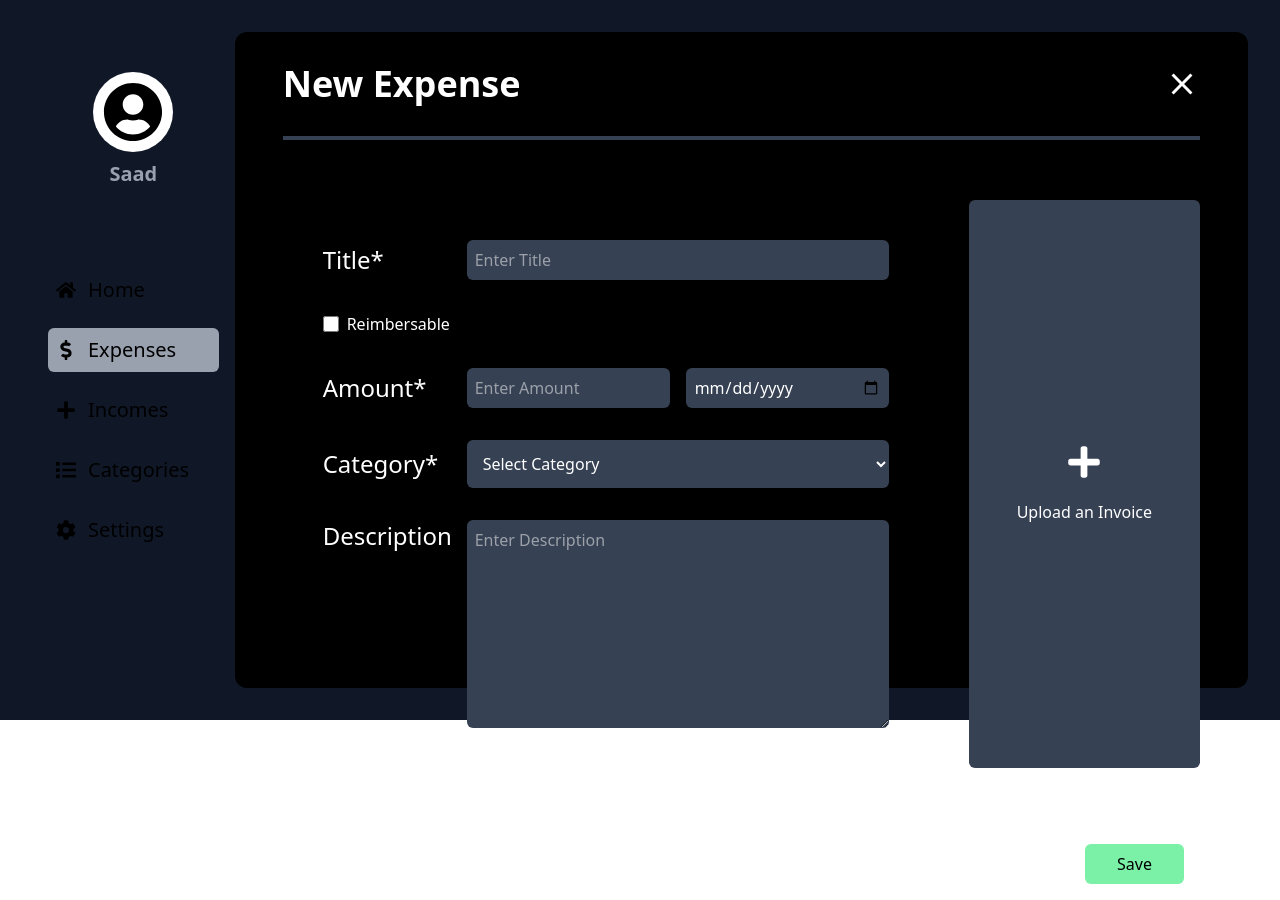
Repository: saad-naveed-brainx/Expense
Page: /expenses
The author's editor kept a copy of each file at every save. The page is drawn from the files as they stood at one save, then again after the next save.
The browser window is 1280 px wide. The pictures show the whole page.
The project was rebuilt for these pictures with package versions that can differ from the ones it lists, and the page was loaded fresh each time. Also part of the build but not shown: vite.config.js, src/components/LandingPage.jsx, src/components/NotUsed.jsx.

Above is the page before, as saved 2025-09-04 17:44:35.

After the next save:
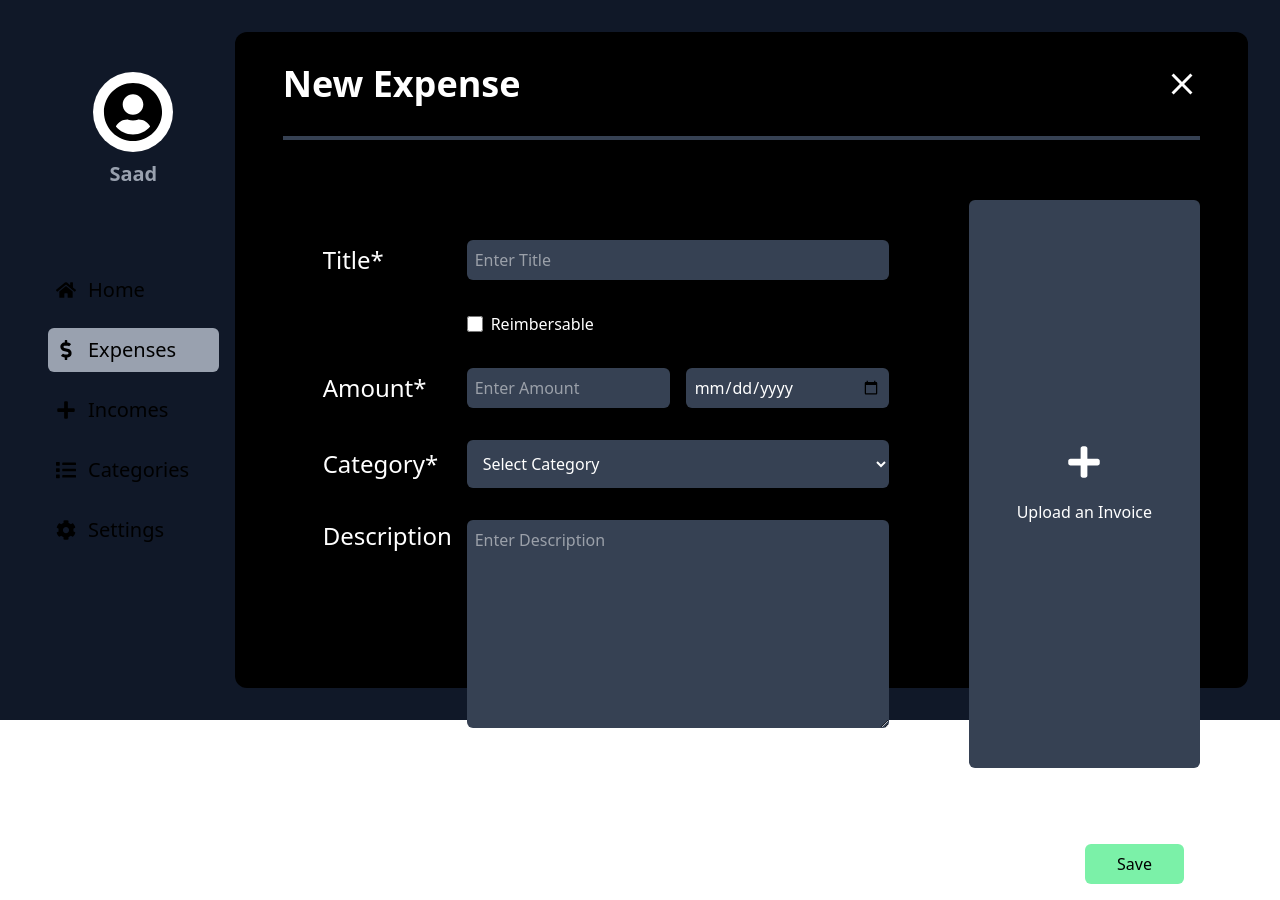
Saved 85 s later.
--- a/src/components/Expenses.jsx
+++ b/src/components/Expenses.jsx
@@ -32,9 +32,12 @@ export default function Expenses() {
               <h1 className='text-2xl w-32 shrink-0'>Title*</h1>
               <input type="text" placeholder='Enter Title' className='bg-gray-700 rounded-md p-2 flex-1 min-w-0' {...register("title", {required:true})} />
             </div>
-            <div className='flex gap-2 items-center'>
-              <input type="checkbox" name="reimbersable" id="reimbersable" className='w-4 h-4 ' {...register("reimbersable")} />
-              <label htmlFor="reimbersable">Reimbersable</label>
+            <div className='flex gap-4 items-center'>
+              <div className='w-32 shrink-0'></div>
+              <div className='flex items-center gap-2 flex-1'>
+                <input type="checkbox" name="reimbersable" id="reimbersable" className='w-4 h-4' {...register("reimbersable")} />
+                <label htmlFor="reimbersable">Reimbersable</label>
+              </div>
             </div>
             <div className='flex gap-4 items-center'>
               <h1 className='text-2xl w-32 shrink-0'>Amount*</h1>
